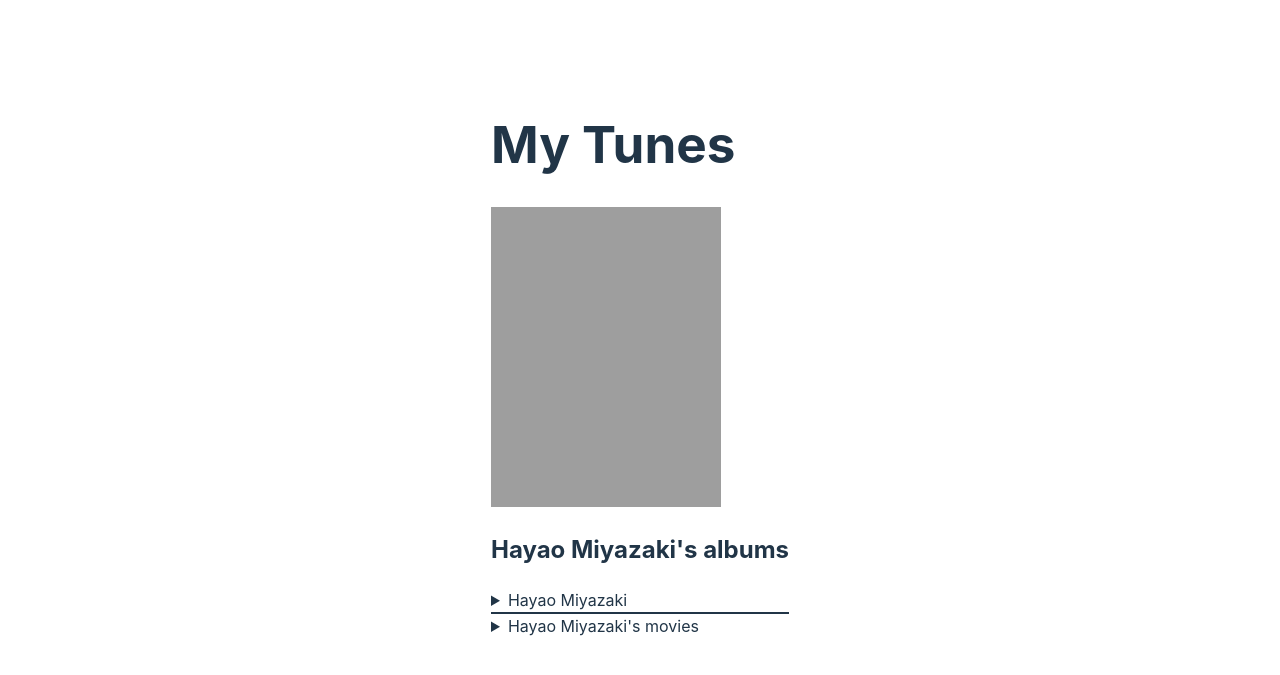
Repository: SamanthaYan298/my_app
Page: /
An editor plug-in stored every save of this project. The page is shown before and after the next save, followed by the edit.
The browser window is 1280 px wide. The pictures show the whole page.
Pictures or frames that could not be fetched are drawn as grey boxes. The project was rebuilt for these pictures with package versions that can differ from the ones it lists, and the page was loaded fresh each time. Also part of the build but not shown: vite.config.js.

Above is the page before, as saved 2024-09-12 15:58:17.

### src/App.jsx
import './App.css';

function App() {

  return (
    <>
      <div>
        <h1>My Tunes</h1>
        <div className='main-structure'>
          <img src="https://www.hollywoodreporter.com/wp-content/uploads/2013/09/hayao_miyazaki_-_h_-_2013.jpg?w=1024" alt="Hayao Miyazaki" height={300} width={230}/>
        </div>
        <div className='bio-container'>
          <h2>Hayao Miyazaki's albums</h2>
          <details className='categories'>
            <summary>Hayao Miyazaki</summary>
            <ol>
              <li>Japanese animator</li>
              <li>Filmmaker</li>
              <li>Manga artist</li>
              <li>A founder of Studio Ghibli</li>
              <li>Oscar awards: 89 wins & 62 nominations</li>
            </ol>
          </details>
          <details>
            <summary>Hayao Miyazaki's movies</summary>
            <ol>
              <li>Castle in the Sky</li>
              <li>Kiki's Delivery Service</li>
              <li>Howl's Moving Castle</li>
              <li>Princess Mononoke</li>
              <li>Spirited Away</li>
            </ol>
          </details>
        </div>
      </div>
    </>
  )
}

export default App

### src/App.css
#root {
  margin: 0 auto;
  padding: 1rem;
  text-align: left;
}

.main-structure {
  flex-direction: row;
}

.bio-container {
  flex-direction: column;
}

.categories {
  border-bottom: 2px solid;
}

Loaded but not shown: index.html (common file); src/main.jsx (common file); src/index.css (common file)

After the next save:
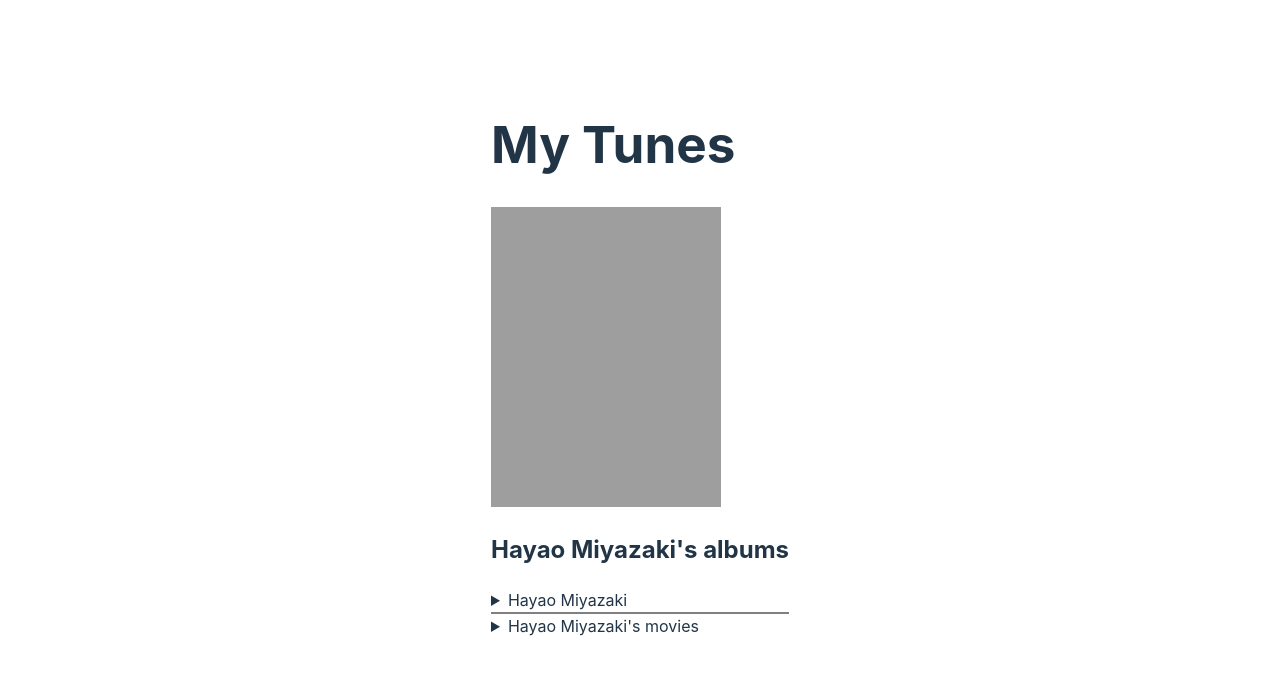
Saved 14 s later.
--- a/src/App.css
+++ b/src/App.css
@@ -13,5 +13,5 @@
 }
 
 .categories {
-  border-bottom: 2px solid;
+  border-bottom: 2px solid grey;
 }
